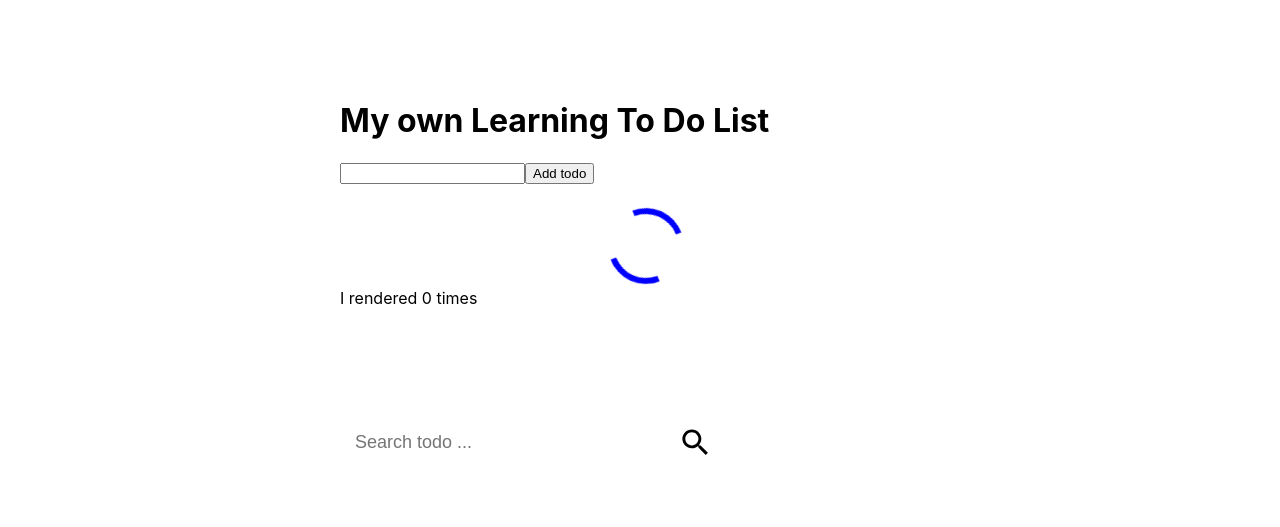
Repository: ArusyakAghajanyan/To-Do
Page: /
An editor plug-in stored every save of this project. The page is shown before and after the next save, followed by the edit.
The browser window is 1280 px wide. The pictures show the whole page.
The page's requests for data from a server got no answer. The project was rebuilt for these pictures with package versions that can differ from the ones it lists, and the page was loaded fresh each time. No one was signed in, and anything a server would have sent is missing. Also part of the build but not shown: src/Todo/TodoItem.js, src/Todo/TodoList.js.

Above is the page before, as saved 2022-03-11 01:40:07.

After the next save:
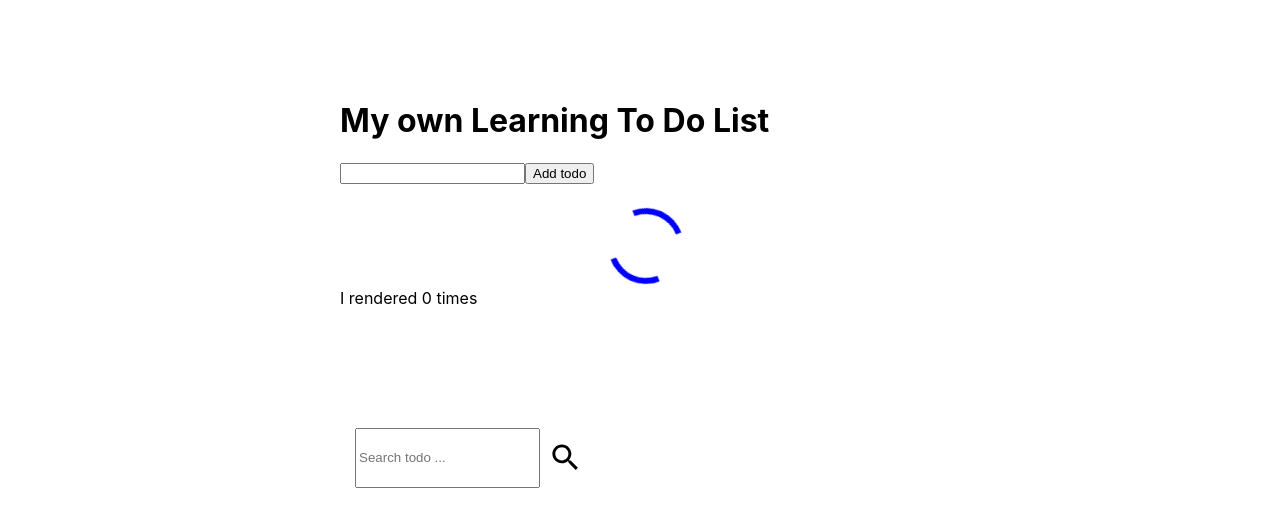
Saved 2 min 41 s later.
--- a/src/Search/SearchBar.css
+++ b/src/Search/SearchBar.css
@@ -3,7 +3,7 @@
     display: flex;
   }
 
-  .search input {
+  .search {
     background-color: white;
     border: 0;
     border-radius: 2px;

After the save that followed:
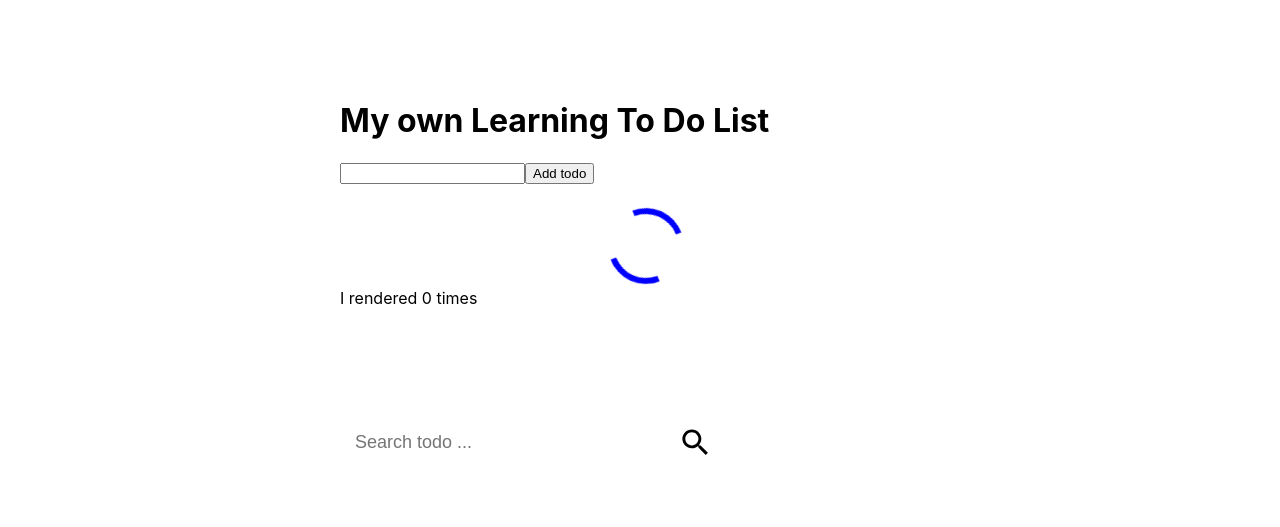
Saved 35 s later.
--- a/src/Search/SearchBar.css
+++ b/src/Search/SearchBar.css
@@ -3,7 +3,7 @@
     display: flex;
   }
 
-  .search {
+  .search input{
     background-color: white;
     border: 0;
     border-radius: 2px;
